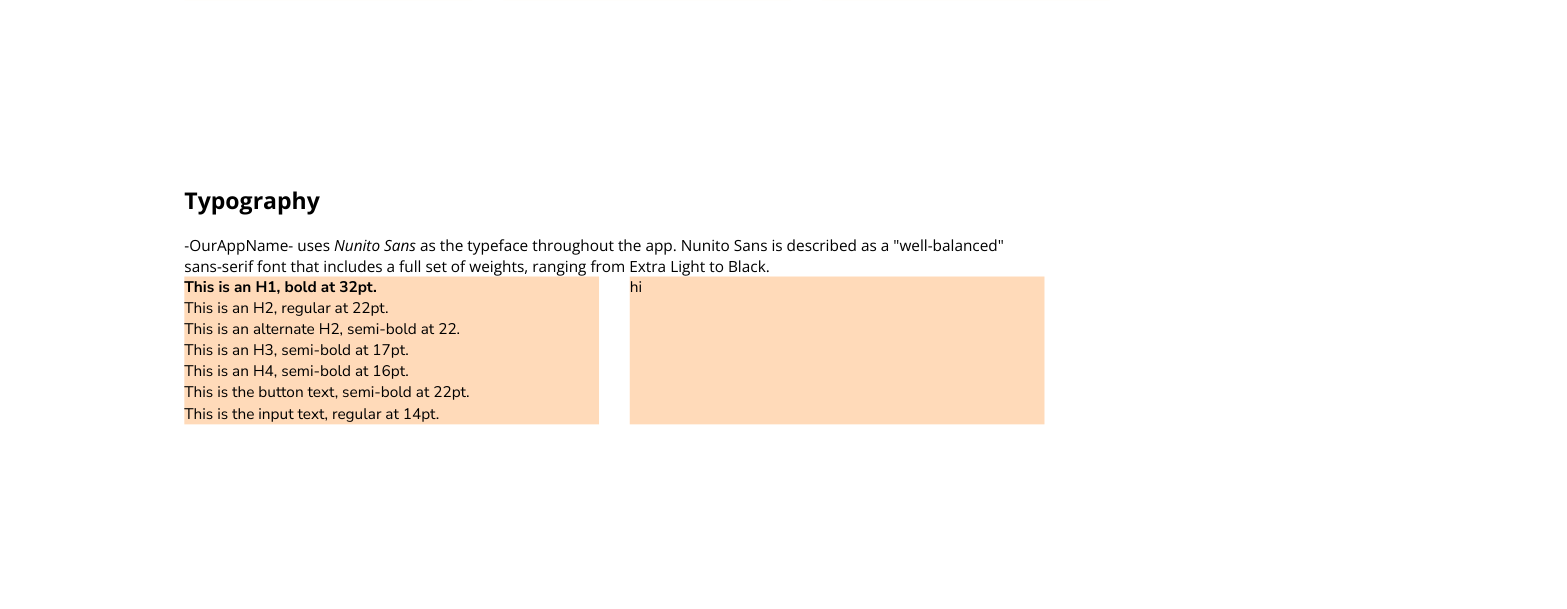
Repository: seohyun9672/Timearth-A6Styleguide
Page: page2.html
An editor plug-in stored every save of this project. The page is shown before and after the next save, followed by the edit.
The browser window is 1280 px wide. The page is 1632 px wide, so the pictures cover 1632 px, including what lies to the right of the window. The pictures show the part of the page from y = 1624 to 2352 px (the page is 2258 px tall before and 2352 px after), at 96% of full size.

Above is the page before, as saved 2022-03-20 19:47:39.

### page2.html
<!DOCTYPE html>
<html lang="en">
  <head>
    <meta charset="UTF-8" />
    <meta http-equiv="X-UA-Compatible" content="IE=edge" />
    <meta name="viewport" content="width=device-width, initial-scale=1.0" />
    <title>Document</title>
    <link rel="stylesheet" href="stylesheet.css" />
  </head>

  <body>
    <ul class="navbar">
      <li><a href="/page1.html">App Name</a></li>
      <div class="navbar-active">
        <li><a href="/page1.html">Logo</a></li>
        <li><a href="/page2.html">Colour & Typography</a></li>
        <li><a href="/page3.html">Imagery & Graphics</a></li>
        <li><a href="/ref.html">Reference</a></li>
      </div>
    </ul>
    <section class="color-palette page2">
      <h1>Color Palette</h1>
      <img class="palette" src="https://placekitten.com/1440/100" />
      <div>
        <h2>Description of colour palette</h2>
        <p>
          Lorem ipsum dolor sit amet, consectetur adipisicing elit. Culpa neque
          mollitia quae asperiores ad odit vitae iste minima totam harum
          distinctio qui beatae ea ut et adipisci, excepturi at iusto
          reprehenderit reiciendis fugit fuga nisi. Eligendi ut magni adipisci
          nulla architecto reprehenderit? Nemo eos accusamus optio nobis
          distinctio veritatis eius.
        </p>
      </div>
      <div></div>
      <div class="col-2">
        <div class="col">
          <img src="https://placekitten.com/200/600" />
        </div>
        <div class="col">Lorem ipsum dolor sit amet consectetur adipisicing elit. Corrupti laudantium illo iure alias recusandae accusamus reiciendis consequatur aliquid sint veritatis modi dolores, eveniet porro tempore similique aspernatur. Quas, hic quo sed necessitatibus illum suscipit molestiae consequuntur sit provident nobis ullam repellat obcaecati ipsa quos in cumque mollitia eius ratione facilis ut libero laboriosam tempora eum sint! Nisi sapiente veritatis ad iure esse magni reprehenderit odio non perferendis, sed recusandae beatae corporis quasi ipsam assumenda unde!</div>
      </div>
      <h2>Buttons and Menus</h2>
      <div class="col-3">
        <div class="col">
          <img src="https://placekitten.com/300/200" />
          <p>
            Lorem ipsum dolor sit amet consectetur adipisicing elit. Fugit
            architecto laborum quam, unde laboriosam delectus aut facere rem
            magnam eum repellendus accusantium? Ipsum, quas iusto.
          </p>
        </div>
        <div class="col">
          <img src="https://placekitten.com/300/200" />
          <p>
            Lorem ipsum dolor sit amet, consectetur adipisicing elit. Eveniet
            laborum quisquam excepturi officiis obcaecati? Voluptatibus dolores
            laborum cupiditate quia illum explicabo quae nam dicta provident!
          </p>
        </div>
        <div class="col">
          <img src="https://placekitten.com/300/200" />
          <p>
            Lorem ipsum dolor sit amet consectetur adipisicing elit. Nemo
            consectetur veniam reprehenderit dolorem necessitatibus, repellat,
            perferendis quaerat suscipit magni alias in consequuntur nam
            repellendus commodi.
          </p>
        </div>
      </div>
    </section>
    <section class="typo page2">
      <h1>Typography</h1>
      <div>
        -OurAppName- uses <em>Nunito Sans</em> as the typeface throughout the
        app. Nunito Sans is described as a "well-balanced" sans-serif font that includes a full set of weights, ranging from Extra Light to Black.
      </div>
      <div class="col-2-half">
        <div class="col nunito">
            <div class="nh1">This is an H1, bold at 32pt.</div>

            <div class="nh2">This is an H2, regular at 22pt.</div>

            <div class="nh2-2">This is an alternate H2, semi-bold at 22.</div>

            <div class="nh3">This is an H3, semi-bold at 17pt.</div>

            <div class="nh4">This is an H4, semi-bold at 16pt.</div>

            <div class="nbtn">This is the button text, semi-bold at 22pt.</div>

            <div class="ninput">This is the input text, regular at 14pt.</div>
        </div>
        <div class="col nunito">hi</div>
      </div>
    </section>
  </body>
</html>

### stylesheet.css
/* import fonts */
@import url('https://fonts.googleapis.com/css2?family=Nunito+Sans:ital,wght@0,200;0,300;0,400;0,600;0,700;0,800;0,900;1,200;1,300;1,400;1,600;1,700;1,800;1,900&family=Open+Sans:ital,wght@0,300;0,400;0,500;0,600;0,700;0,800;1,300;1,400;1,500;1,600;1,700;1,800&display=swap');

body{
    margin: 0;
    font-family: 'open sans', san-serif;
  }

/* NAVBAR */

ul {
  list-style-type: none;
  margin: 0;
  padding: 0;
  overflow: hidden;
  background-color: #333;
}

li {
  float: left;
}

li a {
  display: block;
  color: white;
  text-align: center;
  padding: 14px 16px;
  text-decoration: none;
}

li a:hover {
  background-color: #111;
}

.navbar-active{
    float: right;
}

/* LOGO */

.section-logo {
    display: flex;
    flex-direction: column;
    justify-content: flex-start;
    align-items: center;
}

.logo-description {
    display: flex;
}
.logo-variation {
    display: flex;
    justify-content: space-evenly;
}

.logo-colourpalette {
    display: flex;
    width: 100%;
    justify-content: space-between;
}

.section-cont {
    width: 940px;
}
.colour-cont {
    display: flex;
    flex-direction: column;
}
.colour-name {
    font-weight: bold;
}

.logo-typography {
    display: flex;
}

.logo-usage {
    display: flex;
    flex-direction: column;
}

.logo-usage-desc {
    display: flex;
}

.section-cont colour {
    display: flex;
}

/* page 2 */

.page2 {
    margin:12em;
}
.col-3 {
    display:grid;
    grid-template-columns: 1fr 1fr 1fr;
    grid-gap:2em;
}
.col-2 {
    display:grid;
    grid-template-columns: 1fr 2fr;
    grid-gap:2em;
}
.col-2-half {
    display:grid;
    grid-template-columns: 1fr 1fr;
    grid-gap:2em;
}
.col {
    background-color:peachpuff;
}
.nunito {
    font-family: 'nunito sans', Arial, Helvetica, sans-serif;
}
.nh1 {
    font-weight: bold;
}

After the next save:
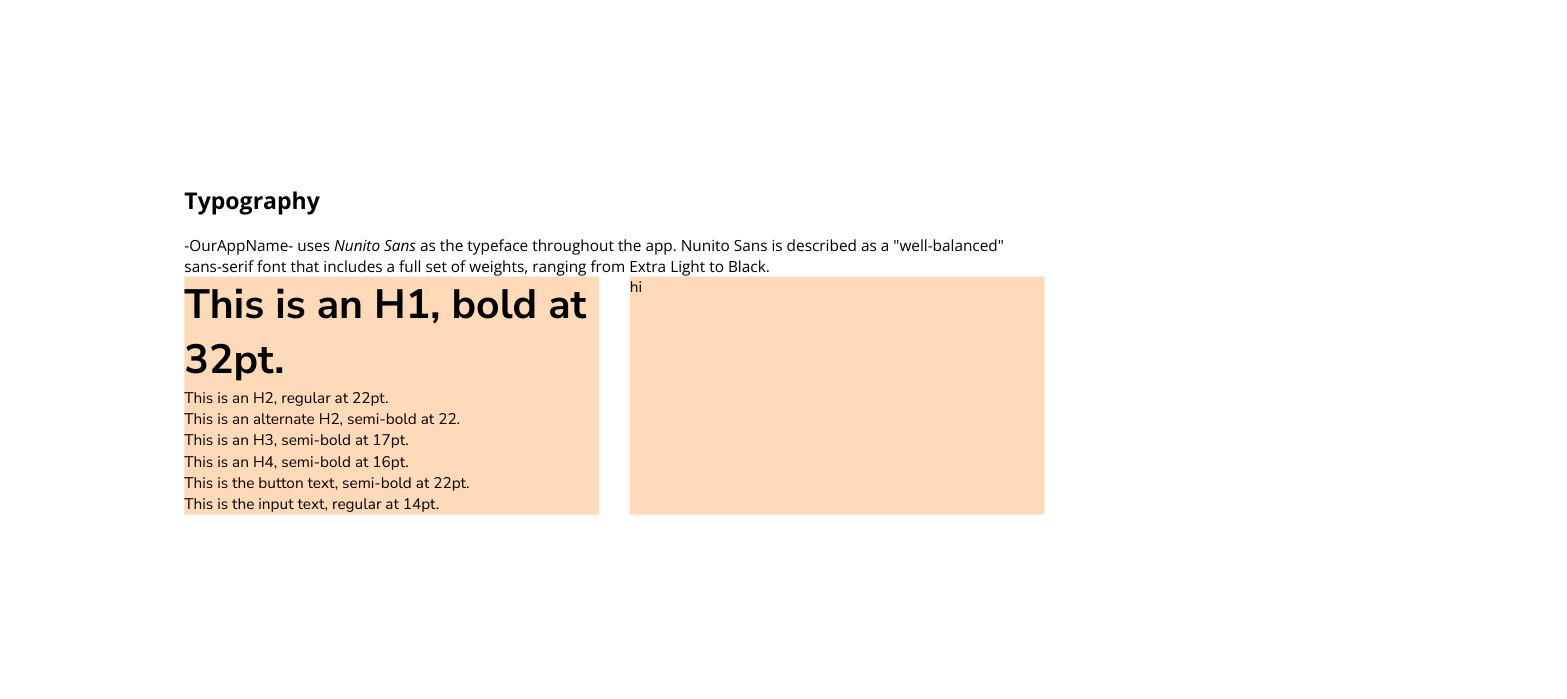
Saved 16 s later.
--- a/stylesheet.css
+++ b/stylesheet.css
@@ -115,4 +115,5 @@ li a:hover {
 }
 .nh1 {
     font-weight: bold;
+    font-size:32pt;
 }
